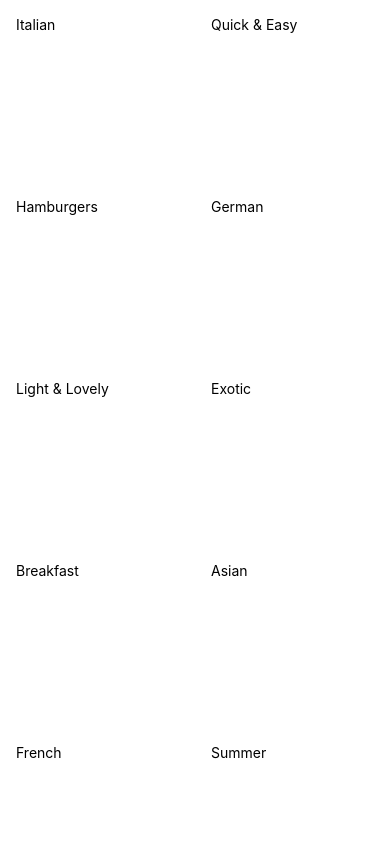
Repository: SyLe-Van/Food-Category-App
Screen: /MealsCategories
The author's editor kept a copy of each file at every save. The screen is drawn from the files as they stood at one save, then again after the next save.
An inner scrolling area shows only its first screen. The app was drawn by React Native's web renderer in a window 390 px wide. The project was rebuilt for these pictures with package versions that can differ from the ones it lists, and the page was loaded fresh each time.

Above is the screen before, as saved 2024-02-17 15:25:47.

### App.js
import { StatusBar } from "expo-status-bar";
import { StyleSheet } from "react-native";
import CategoriesScreen from "./screens/CategoriesScreen";

export default function App() {
  return <CategoriesScreen />;
}

const styles = StyleSheet.create({
  container: {
    flex: 1,
    backgroundColor: "#fff",
    alignItems: "center",
    justifyContent: "center",
  },
});

### screens/CategoriesScreen.js
import { FlatList } from "react-native";
import { CATEGORIES } from "../data/dummy-data";
import CategoryGridItem from "../components/CategoryGridTitle";
function renderCategoryItem(itemData) {
  return (
    <CategoryGridItem title={itemData.item.title} color={itemData.item.color} />
  );
}
function CategoriesScreen() {
  return (
    <FlatList
      data={CATEGORIES}
      keyExtractor={(item) => item.id}
      renderItem={renderCategoryItem}
      numColumns={2}
    />
  );
}
export default CategoriesScreen;

### data/dummy-data.js
import Category from "../models/category";
import Meal from "../models/meal";

export const CATEGORIES = [
  new Category("c1", "Italian", "#f5428d"),
  new Category("c2", "Quick & Easy", "#f54242"),
  new Category("c3", "Hamburgers", "#f5a442"),
  new Category("c4", "German", "#f5d142"),
  new Category("c5", "Light & Lovely", "#368dff"),
  new Category("c6", "Exotic", "#41d95d"),
  new Category("c7", "Breakfast", "#9eecff"),
  new Category("c8", "Asian", "#b9ffb0"),
  new Category("c9", "French", "#ffc7ff"),
  new Category("c10", "Summer", "#47fced"),
];

export const MEALS = [
  new Meal(
    "m1",
    ["c1", "c2"],
    "Spaghetti with Tomato Sauce",
    "affordable",
    "simple",
    "https://upload.wikimedia.org/wikipedia/commons/thumb/2/20/Spaghetti_Bolognese_mit_Parmesan_oder_Grana_Padano.jpg/800px-Spaghetti_Bolognese_mit_Parmesan_oder_Grana_Padano.jpg",
    20,
    [
      "4 Tomatoes",
      "1 Tablespoon of Olive Oil",
      "1 Onion",
      "250g Spaghetti",
      "Spices",
      "Cheese (optional)",
    ],
    [
      "Cut the tomatoes and the onion into small pieces.",
      "Boil some water - add salt to it once it boils.",
      "Put the spaghetti into the boiling water - they should be done in about 10 to 12 minutes.",
      "In the meantime, heaten up some olive oil and add the cut onion.",
      "After 2 minutes, add the tomato pieces, salt, pepper and your other spices.",
      "The sauce will be done once the spaghetti are.",
      "Feel free to add some cheese on top of the finished dish.",
    ],
    false,
    true,
    true,
    true
  ),

  new Meal(
    "m2",
    ["c2"],
    "Toast Hawaii",
    "affordable",
    "simple",
    "https://cdn.pixabay.com/photo/2018/07/11/21/51/toast-3532016_1280.jpg",
    10,
    [
      "1 Slice White Bread",
      "1 Slice Ham",
      "1 Slice Pineapple",
      "1-2 Slices of Cheese",
      "Butter",
    ],
    [
      "Butter one side of the white bread",
      "Layer ham, the pineapple and cheese on the white bread",
      "Bake the toast for round about 10 minutes in the oven at 200°C",
    ],
    false,
    false,
    false,
    false
  ),

  new Meal(
    "m3",
    ["c3"],
    "Classic Hamburger",
    "pricey",
    "simple",
    "https://cdn.pixabay.com/photo/2014/10/23/18/05/burger-500054_1280.jpg",
    45,
    [
      "300g Cattle Hack",
      "1 Tomato",
      "1 Cucumber",
      "1 Onion",
      "Ketchup",
      "2 Burger Buns",
    ],
    [
      "Form 2 patties",
      "Fry the patties for c. 4 minutes on each side",
      "Quickly fry the buns for c. 1 minute on each side",
      "Bruch buns with ketchup",
      "Serve burger with tomato, cucumber and onion",
    ],
    false,
    false,
    false,
    true
  ),

  new Meal(
    "m4",
    ["c4"],
    "Wiener Schnitzel",
    "luxurious",
    "challenging",
    "https://cdn.pixabay.com/photo/2018/03/31/19/29/schnitzel-3279045_1280.jpg",
    60,
    [
      "8 Veal Cutlets",
      "4 Eggs",
      "200g Bread Crumbs",
      "100g Flour",
      "300ml Butter",
      "100g Vegetable Oil",
      "Salt",
      "Lemon Slices",
    ],
    [
      "Tenderize the veal to about 2–4mm, and salt on both sides.",
      "On a flat plate, stir the eggs briefly with a fork.",
      "Lightly coat the cutlets in flour then dip into the egg, and finally, coat in breadcrumbs.",
      "Heat the butter and oil in a large pan (allow the fat to get very hot) and fry the schnitzels until golden brown on both sides.",
      "Make sure to toss the pan regularly so that the schnitzels are surrounded by oil and the crumbing becomes ‘fluffy’.",
      "Remove, and drain on kitchen paper. Fry the parsley in the remaining oil and drain.",
      "Place the schnitzels on awarmed plate and serve garnishedwith parsley and slices of lemon.",
    ],
    false,
    false,
    false,
    false
  ),

  new Meal(
    "m5",
    ["c2", "c5", "c10"],
    "Salad with Smoked Salmon",
    "luxurious",
    "simple",
    "https://cdn.pixabay.com/photo/2016/10/25/13/29/smoked-salmon-salad-1768890_1280.jpg",
    15,
    [
      "Arugula",
      "Lamb's Lettuce",
      "Parsley",
      "Fennel",
      "200g Smoked Salmon",
      "Mustard",
      "Balsamic Vinegar",
      "Olive Oil",
      "Salt and Pepper",
    ],
    [
      "Wash and cut salad and herbs",
      "Dice the salmon",
      "Process mustard, vinegar and olive oil into a dessing",
      "Prepare the salad",
      "Add salmon cubes and dressing",
    ],
    true,
    false,
    true,
    true
  ),

  new Meal(
    "m6",
    ["c6", "c10"],
    "Delicious Orange Mousse",
    "affordable",
    "hard",
    "https://cdn.pixabay.com/photo/2017/05/01/05/18/pastry-2274750_1280.jpg",
    240,
    [
      "4 Sheets of Gelatine",
      "150ml Orange Juice",
      "80g Sugar",
      "300g Yoghurt",
      "200g Cream",
      "Orange Peel",
    ],
    [
      "Dissolve gelatine in pot",
      "Add orange juice and sugar",
      "Take pot off the stove",
      "Add 2 tablespoons of yoghurt",
      "Stir gelatin under remaining yoghurt",
      "Cool everything down in the refrigerator",
      "Whip the cream and lift it under die orange mass",
      "Cool down again for at least 4 hours",
      "Serve with orange peel",
    ],
    true,
    false,
    true,
    false
  ),

  new Meal(
    "m7",
    ["c7"],
    "Pancakes",
    "affordable",
    "simple",
    "https://cdn.pixabay.com/photo/2018/07/10/21/23/pancake-3529653_1280.jpg",
    20,
    [
      "1 1/2 Cups all-purpose Flour",
      "3 1/2 Teaspoons Baking Powder",
      "1 Teaspoon Salt",
      "1 Tablespoon White Sugar",
      "1 1/4 cups Milk",
      "1 Egg",
      "3 Tablespoons Butter, melted",
    ],
    [
      "In a large bowl, sift together the flour, baking powder, salt and sugar.",
      "Make a well in the center and pour in the milk, egg and melted butter; mix until smooth.",
      "Heat a lightly oiled griddle or frying pan over medium high heat.",
      "Pour or scoop the batter onto the griddle, using approximately 1/4 cup for each pancake. Brown on both sides and serve hot.",
    ],
    true,
    false,
    true,
    false
  ),

  new Meal(
    "m8",
    ["c8"],
    "Creamy Indian Chicken Curry",
    "pricey",
    "challenging",
    "https://cdn.pixabay.com/photo/2018/06/18/16/05/indian-food-3482749_1280.jpg",
    35,
    [
      "4 Chicken Breasts",
      "1 Onion",
      "2 Cloves of Garlic",
      "1 Piece of Ginger",
      "4 Tablespoons Almonds",
      "1 Teaspoon Cayenne Pepper",
      "500ml Coconut Milk",
    ],
    [
      "Slice and fry the chicken breast",
      "Process onion, garlic and ginger into paste and sauté everything",
      "Add spices and stir fry",
      "Add chicken breast + 250ml of water and cook everything for 10 minutes",
      "Add coconut milk",
      "Serve with rice",
    ],
    true,
    false,
    false,
    true
  ),

  new Meal(
    "m9",
    ["c9"],
    "Chocolate Souffle",
    "affordable",
    "hard",
    "https://cdn.pixabay.com/photo/2014/08/07/21/07/souffle-412785_1280.jpg",
    45,
    [
      "1 Teaspoon melted Butter",
      "2 Tablespoons white Sugar",
      "2 Ounces 70% dark Chocolate, broken into pieces",
      "1 Tablespoon Butter",
      "1 Tablespoon all-purpose Flour",
      "4 1/3 tablespoons cold Milk",
      "1 Pinch Salt",
      "1 Pinch Cayenne Pepper",
      "1 Large Egg Yolk",
      "2 Large Egg Whites",
      "1 Pinch Cream of Tartar",
      "1 Tablespoon white Sugar",
    ],
    [
      "Preheat oven to 190°C. Line a rimmed baking sheet with parchment paper.",
      "Brush bottom and sides of 2 ramekins lightly with 1 teaspoon melted butter; cover bottom and sides right up to the rim.",
      "Add 1 tablespoon white sugar to ramekins. Rotate ramekins until sugar coats all surfaces.",
      "Place chocolate pieces in a metal mixing bowl.",
      "Place bowl over a pan of about 3 cups hot water over low heat.",
      "Melt 1 tablespoon butter in a skillet over medium heat. Sprinkle in flour. Whisk until flour is incorporated into butter and mixture thickens.",
      "Whisk in cold milk until mixture becomes smooth and thickens. Transfer mixture to bowl with melted chocolate.",
      "Add salt and cayenne pepper. Mix together thoroughly. Add egg yolk and mix to combine.",
      "Leave bowl above the hot (not simmering) water to keep chocolate warm while you whip the egg whites.",
      "Place 2 egg whites in a mixing bowl; add cream of tartar. Whisk until mixture begins to thicken and a drizzle from the whisk stays on the surface about 1 second before disappearing into the mix.",
      "Add 1/3 of sugar and whisk in. Whisk in a bit more sugar about 15 seconds.",
      "whisk in the rest of the sugar. Continue whisking until mixture is about as thick as shaving cream and holds soft peaks, 3 to 5 minutes.",
      "Transfer a little less than half of egg whites to chocolate.",
      "Mix until egg whites are thoroughly incorporated into the chocolate.",
      "Add the rest of the egg whites; gently fold into the chocolate with a spatula, lifting from the bottom and folding over.",
      "Stop mixing after the egg white disappears. Divide mixture between 2 prepared ramekins. Place ramekins on prepared baking sheet.",
      "Bake in preheated oven until scuffles are puffed and have risen above the top of the rims, 12 to 15 minutes.",
    ],
    true,
    false,
    true,
    false
  ),
  new Meal(
    "m10",
    ["c2", "c5", "c10"],
    "Asparagus Salad with Cherry Tomatoes",
    "luxurious",
    "simple",
    "https://cdn.pixabay.com/photo/2018/04/09/18/26/asparagus-3304997_1280.jpg",
    30,
    [
      "White and Green Asparagus",
      "30g Pine Nuts",
      "300g Cherry Tomatoes",
      "Salad",
      "Salt, Pepper and Olive Oil",
    ],
    [
      "Wash, peel and cut the asparagus",
      "Cook in salted water",
      "Salt and pepper the asparagus",
      "Roast the pine nuts",
      "Halve the tomatoes",
      "Mix with asparagus, salad and dressing",
      "Serve with Baguette",
    ],
    true,
    true,
    true,
    true
  ),
];

### components/CategoryGridTitle.js
import { Pressable, View, Text, StyleSheet } from "react-native";

function CategoryGridItem({ title, color }) {
  return (
    <View style={styles.gridItem}>
      <Pressable>
        <View>
          <Text>{title}</Text>
        </View>
      </Pressable>
    </View>
  );
}
export default CategoryGridItem;

const styles = StyleSheet.create({
  gridItem: {
    flex: 1,
    margin: 16,
    height: 150,
    borderRadius: 8,
  },
  innerContainer: {
    flex: 1,
    justifyContent: "center",
    padding: 16,
    alignItems: "center",
  },
});

Loaded but not shown: models/category.js (common file); models/meal.js (common file)

After the next save:
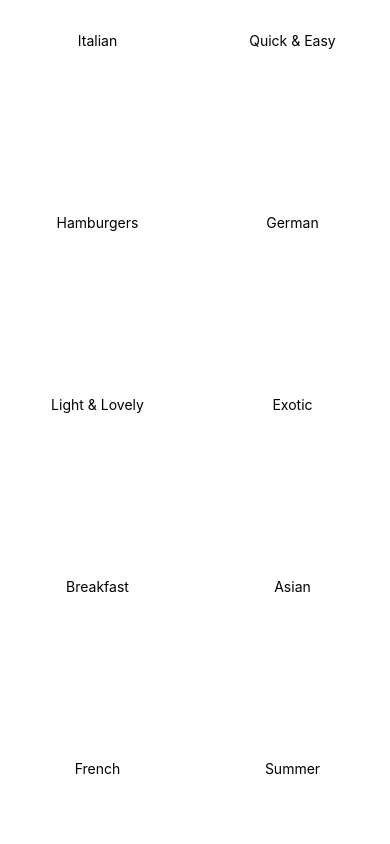
Saved 20 s later.
--- a/components/CategoryGridTitle.js
+++ b/components/CategoryGridTitle.js
@@ -4,7 +4,7 @@ function CategoryGridItem({ title, color }) {
   return (
     <View style={styles.gridItem}>
       <Pressable>
-        <View>
+        <View style={styles.innerContainer}>
           <Text>{title}</Text>
         </View>
       </Pressable>
